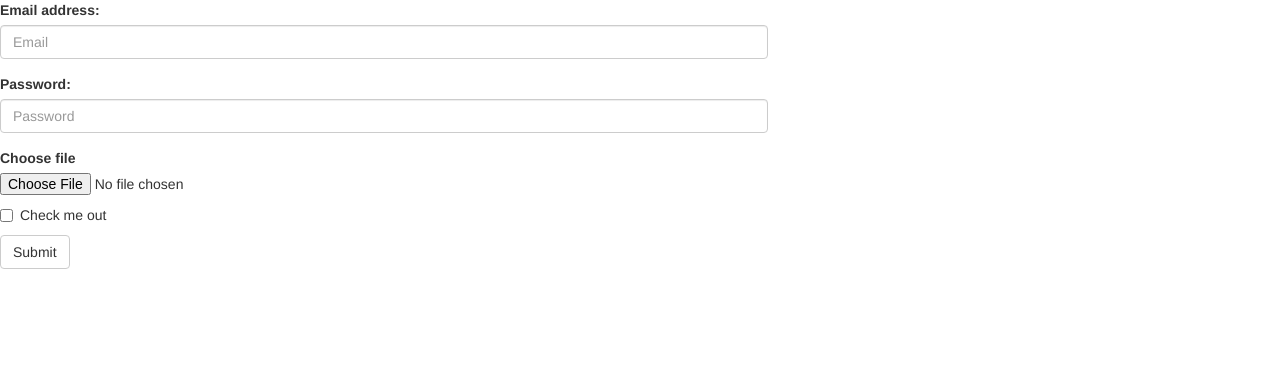
Repository: vaibhavkri/Trendnxt-Projects
Page: bootstrap/Bootstrap– L3 Assignment/Topic 6 HTML Forms/Assignment1.html
These files come from the project's save history. The page is drawn as it stood at one moment and after the next save; the edit follows.
The browser window is 1280 px wide. The pictures show the whole page.

Above is the page before, as saved 2018-10-23 15:10:36.

### bootstrap/Bootstrap– L3 Assignment/Topic 6 HTML Forms/Assignment1.html
<!DOCTYPE html>
<html lang="en">

<head>
    <title>Bootstrap Example</title>
    <meta charset="utf-8">
    <meta name="viewport" content="width=device-width, initial-scale=1, shring-to-fit=no">
    <link rel="stylesheet" href="https://maxcdn.bootstrapcdn.com/bootstrap/3.3.7/css/bootstrap.min.css">
    <script src="https://ajax.googleapis.com/ajax/libs/jquery/3.3.1/jquery.min.js"></script>
    <script src="https://maxcdn.bootstrapcdn.com/bootstrap/3.3.7/js/bootstrap.min.js"></script>
    <style>
        #email,
        #pwd {
            width: 60%;
        }
    </style>

</head>

<body>
    <div>
        <form action="/action_page.php">

            <div class="form-group">
                <label for="email">Email address:</label>
                <input type="email" placeholder="Email" class="form-control" id="email">
            </div>
            <div class="form-group">
                <label for="pwd">Password:</label>
                <input type="password" placeholder="Password" class="form-control" id="pwd">
            </div>

            <div class="custom-file">
                <label class="custom-file-label" for="inputGroupFile01">Choose file</label>
                <input type="file" class="custom-file-input" id="inputGroupFile01" aria-describedby="inputGroupFileAddon01">

            </div>

            <div class="checkbox">
                <label><input type="checkbox">Check me out</label>
            </div>
            <button type="submit" class="btn btn-default">Submit</button>
        </form>
    </div>


</body>












</html>

After the next save:
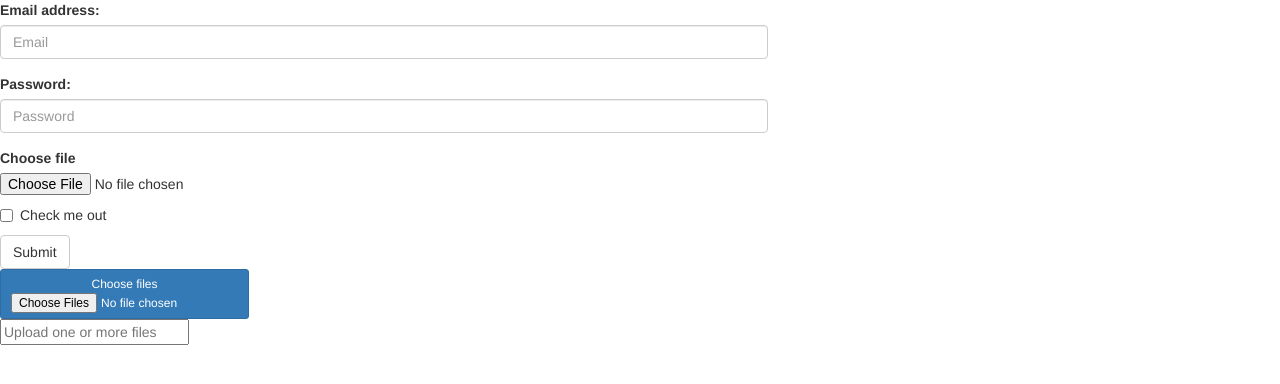
Saved 3 min 2 s later.
--- a/bootstrap/Bootstrap– L3 Assignment/Topic 6 HTML Forms/Assignment1.html
+++ b/bootstrap/Bootstrap– L3 Assignment/Topic 6 HTML Forms/Assignment1.html
@@ -43,6 +43,17 @@
         </form>
     </div>
 
+    <form class="md-form" action="#">
+        <div class="file-field">
+            <div class="btn btn-primary btn-sm float-left">
+                <span>Choose files</span>
+                <input type="file" multiple>
+            </div>
+            <div class="file-path-wrapper">
+                <input class="file-path validate" type="text" placeholder="Upload one or more files">
+            </div>
+        </div>
+    </form>
 
 </body>
 

After the save that followed:
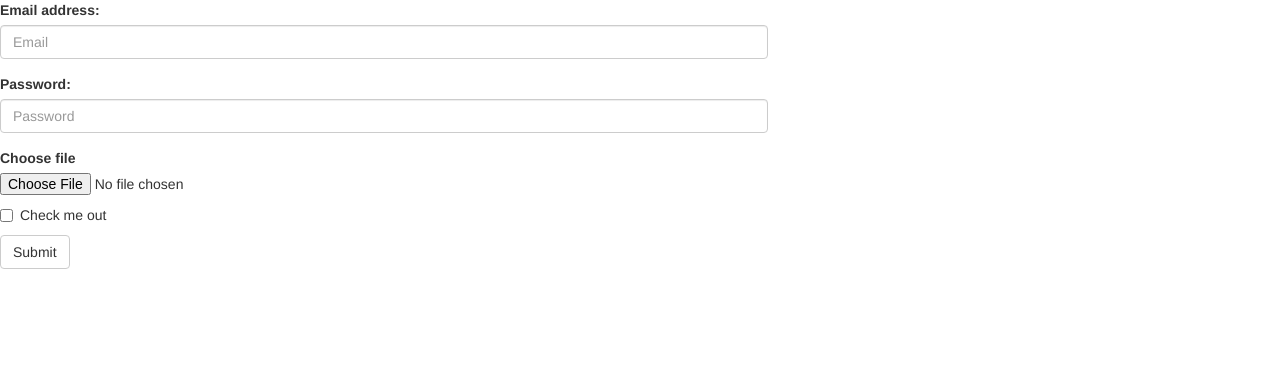
Saved 21 s later.
--- a/bootstrap/Bootstrap– L3 Assignment/Topic 6 HTML Forms/Assignment1.html
+++ b/bootstrap/Bootstrap– L3 Assignment/Topic 6 HTML Forms/Assignment1.html
@@ -43,17 +43,7 @@
         </form>
     </div>
 
-    <form class="md-form" action="#">
-        <div class="file-field">
-            <div class="btn btn-primary btn-sm float-left">
-                <span>Choose files</span>
-                <input type="file" multiple>
-            </div>
-            <div class="file-path-wrapper">
-                <input class="file-path validate" type="text" placeholder="Upload one or more files">
-            </div>
-        </div>
-    </form>
+
 
 </body>
 
